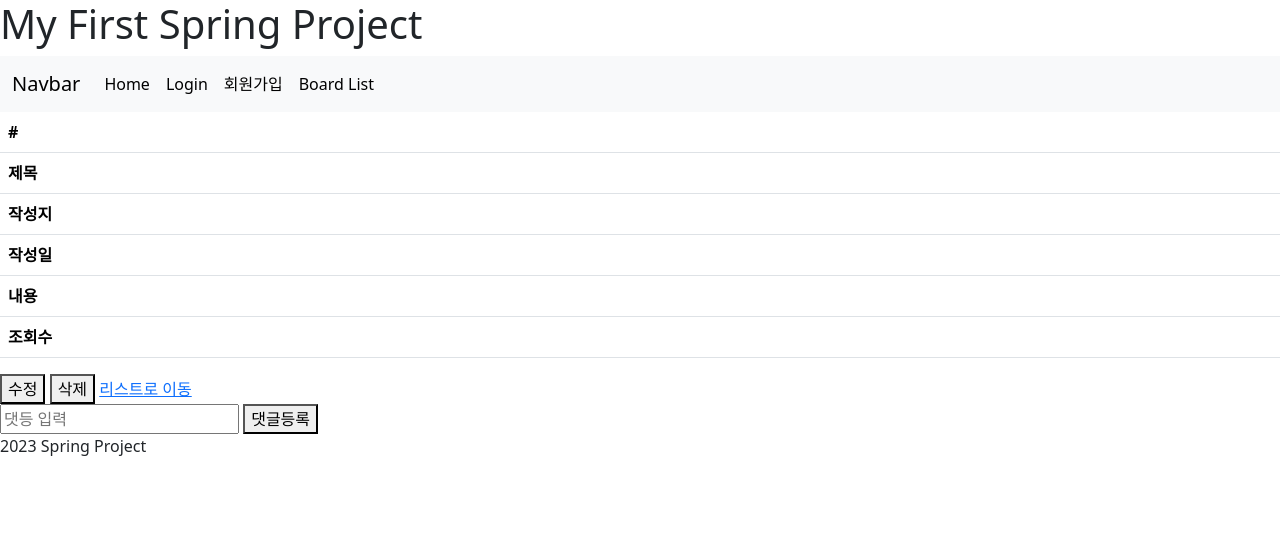
Repository: HongSeungBo/secondspring
Page: http://localhost/spring_test/WEB-INF/views/board/detail.jsp
The author's editor kept a copy of each file at every save. The page is drawn from the files as they stood at one save, then again after the next save.
The browser window is 1280 px wide. The pictures show the whole page.
The page is served by Tomcat 9. Nobody is signed in. The template is opened directly, without the code that normally fills it, so the values that code supplies are empty.

Above is the page before, as saved 2023-10-10 11:38:17.

After the next save:
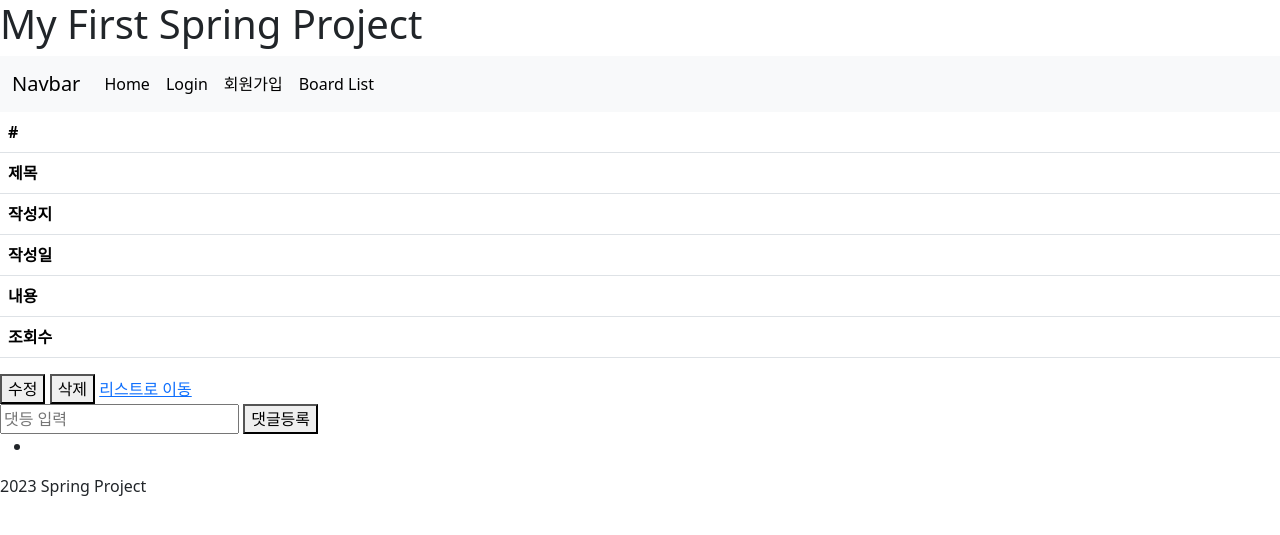
Saved 28 s later.
--- a/spring test/src/main/webapp/WEB-INF/views/board/detail.jsp
+++ b/spring test/src/main/webapp/WEB-INF/views/board/detail.jsp
@@ -51,6 +51,9 @@
 
 		<!-- 댓글 표시 라인 -->
 		<div>
+			<ul>
+				<li></li>
+			</ul>
 		</div>
 	</div>
 
